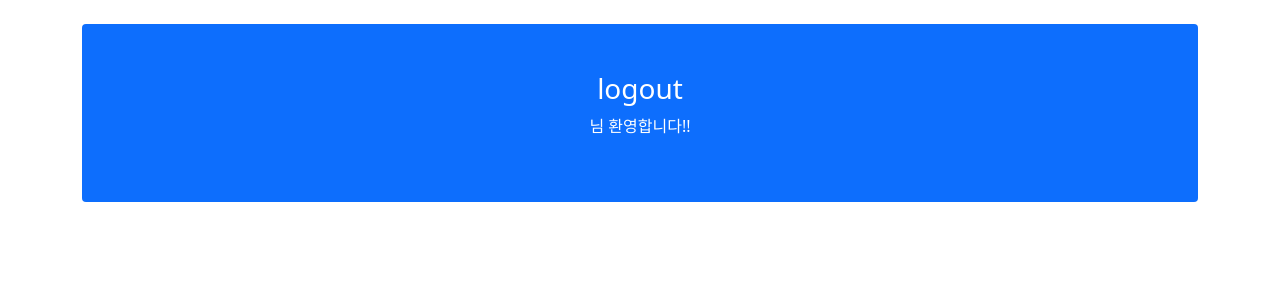
Repository: minokki/mino
Page: http://localhost/lec03_mvc/login/logout.jsp
An editor plug-in stored every save of this project. The page is shown before and after a run of saves, followed by the edit.
The browser window is 1280 px wide. The pictures show the whole page.
Some web libraries are served in a nearby version. The page is served by Tomcat 9. Other server files are loaded and not shown.

Above is the page before, as saved 2022-12-28 03:09:47.

### spring/lec03_mvc/src/main/webapp/login/logout.jsp
<%@page language="java" contentType="text/html; charset=UTF-8" pageEncoding="UTF-8"%>
<%@taglib uri="http://java.sun.com/jsp/jstl/core" prefix="c" %>
<!DOCTYPE html>
<html>
<head>
   <title>Spring Framework</title>
   <meta charset="UTF-8">
    <meta name="viewport" content="width=device-width, initial-scale=1">
   <link rel="stylesheet" href="https://use.fontawesome.com/releases/v5.4.1/css/all.css"
      integrity="sha384-5sAR7xN1Nv6T6+dT2mhtzEpVJvfS3NScPQTrOxhwjIuvcA67KV2R5Jz6kr4abQsz"
      crossorigin="anonymous">
   <link href="https://cdn.jsdelivr.net/npm/bootstrap@5.0.2/dist/css/bootstrap.min.css" rel="stylesheet" integrity="sha384-EVSTQN3/azprG1Anm3QDgpJLIm9Nao0Yz1ztcQTwFspd3yD65VohhpuuCOmLASjC" crossorigin="anonymous">
   <script src="https://cdn.jsdelivr.net/npm/bootstrap@5.0.2/dist/js/bootstrap.bundle.min.js" integrity="sha384-MrcW6ZMFYlzcLA8Nl+NtUVF0sA7MsXsP1UyJoMp4YLEuNSfAP+JcXn/tWtIaxVXM" crossorigin="anonymous"></script>
</head>
<body>
   <div class="container" align="center">
      <div class="mt-4 p-5 bg-primary text-white rounded">
         <h3>logout</h3>
         <p>${sessionScope.user.getId()} 님 환영합니다!!</p>

      </div>
      <br>


   </div>
</body>
</html>

After the next 2 saves:
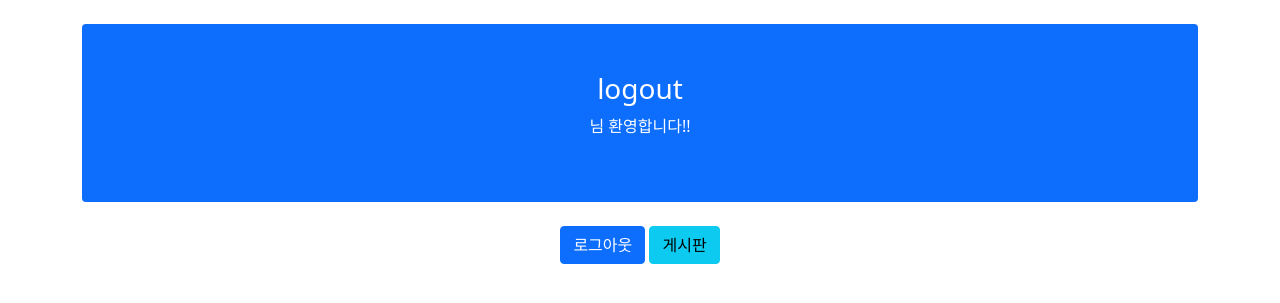
The 2 saves are shown as one change because 1 did not build or start.
The last was saved 2 min 50 s later.
--- a/spring/lec03_mvc/src/main/webapp/login/logout.jsp
+++ b/spring/lec03_mvc/src/main/webapp/login/logout.jsp
@@ -20,8 +20,12 @@
 
       </div>
       <br>
+      <c:if test="${sessionScope.isAdmin} ">
+      		<a href="getUserList.do" class="btn btn-primary"> 관리자</a>
+      	</c:if>
 
-
+      <a herf="logout.do" class="btn btn-primary">로그아웃</a>
+      <a herf="boardList.do" class="btn btn-info">게시판</a>
    </div>
 </body>
 </html>
